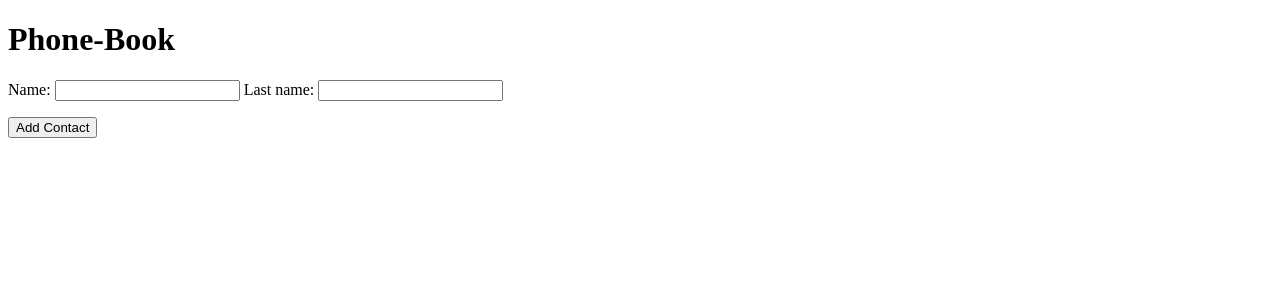
Repository: STA1357/Phone-book
Page: Inner.html
The author's editor kept a copy of each file at every save. The page is drawn from the files as they stood at one save, then again after the next save.
The browser window is 1280 px wide. The pictures show the whole page.

Above is the page before, as saved 2020-12-08 09:01:25.

### Inner.html
<!DOCTYPE html>
<html lang="en">
<head>
    <meta charset="UTF-8">
    <meta name="viewport" content="width=device-width, initial-scale=1.0">
    <title>Phone Book</title>
    <link rel="stylesheet" href="./styles.css">
</head>
<body>
    <form action="#">

        <header>
            <div class="header-title">
                <h1>Phone-Book</h1>
            </div>
        </header>

        <main>
            <div class="container">
                <label for="name">Name:</label>
                <input type="text" id="nameInput">
                <label for="lname">Last name:</label>
                <input type="text" id="lnameInput">
            </div>
            <p>
                <b id="nameOutput"></b>
                <b id="lnameOutput"></b>
            </p>
        </main>

        <button onclick="addUser()" id="btnAdd">Add Contact</button>
    </form>

    <script src="./app.js"></script>
</body>
</html>

### app.js
const form = document.querySelector('form')
const nameInput = document.getElementById('nameInput')
const nameOutput = document.getElementById('nameOutput')
const lnameInput = document.getElementById('lnameInput')
const lnameOutput = document.getElementById('lnameOutput')
const btnAdd = document.getElementById('btnAdd')

class Person{
    constructor(options){
        this.name = options.name
        this.lname = options.lname
        this.tel = options.tel
        this.email = options.email
        this.birthday = options.birthday
    }
}

class User extends Person{
    static type = "User"
}

const user = new User({
    name: "",
    lname: "",
    tel: "",
    email:"",
    birthday:""
})


localStorage.setItem('userInfo', JSON.stringify(user));

function addUser(){
    console.log(nameInput.value);
    console.log(lnameInput.value);
    nameOutput.innerHTML = nameInput.value
    lnameOutput.innerHTML = lnameInput.value
}


/*const raw = localStorage.getItem('userInfo')
const userInfo = JSON.parse(raw)
userInfo.name = 'Maxim'

console.log(userInfo);*/

Loaded but not shown: styles.css (no copy from this time; the picture is the same without it)

After the next save:
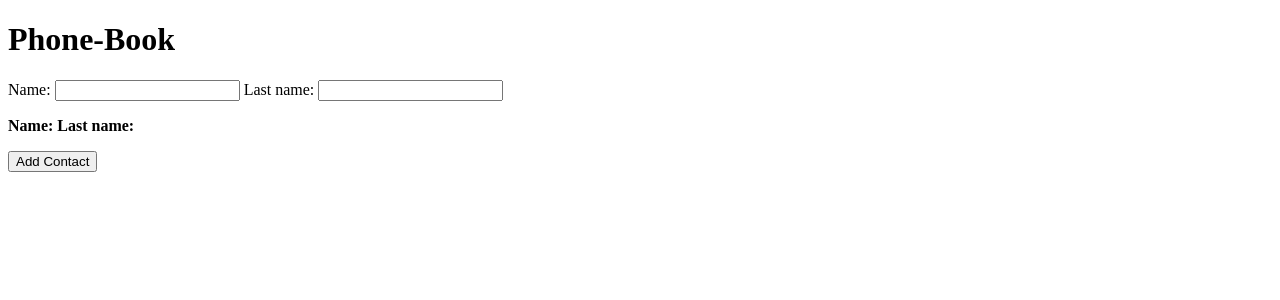
Saved 45 s later.
--- a/Inner.html
+++ b/Inner.html
@@ -23,8 +23,8 @@
                 <input type="text" id="lnameInput">
             </div>
             <p>
-                <b id="nameOutput"></b>
-                <b id="lnameOutput"></b>
+                <b id="nameOutput">Name:</b>
+                <b id="lnameOutput">Last name:</b>
             </p>
         </main>
 
